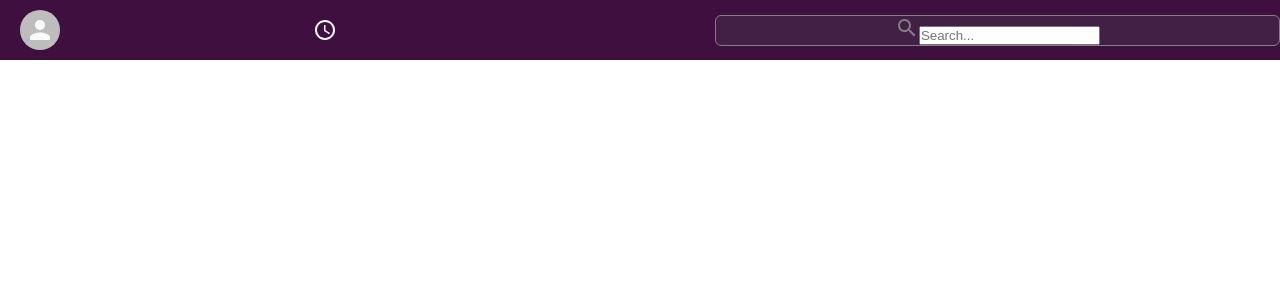
Repository: KrzysKolo/slackClone
Page: /
These files come from the project's save history. The page is drawn as it stood at one moment and after the next save; the edit follows.
The browser window is 1280 px wide. The pictures show the whole page.
The project was rebuilt for these pictures with package versions that can differ from the ones it lists, and the page was loaded fresh each time. Also part of the build but not shown: src/App.css.

Above is the page before, as saved 2021-12-22 17:33:01.

### src/index.css
* {
  margin: 0;
  padding: 0;
  box-sizing: border-box;
}
body {
  --slack-color: #3f0f40;
  overflow: hidden;

  margin: 0;
  font-family: -apple-system, BlinkMacSystemFont, 'Segoe UI', 'Roboto', 'Oxygen',
    'Ubuntu', 'Cantarell', 'Fira Sans', 'Droid Sans', 'Helvetica Neue',
    sans-serif;
  -webkit-font-smoothing: antialiased;
  -moz-osx-font-smoothing: grayscale;
}

code {
  font-family: source-code-pro, Menlo, Monaco, Consolas, 'Courier New',
    monospace;
}

### src/App.js
import './App.css';
import {BrowserRouter as Router, Routes, Route, Link } from 'react-router-dom';
import { About } from './pages'
import { Header } from './components';

function App() {
  return (
    <Router>
      <>
        <Header />
        <Routes>
          <Route path='/' exact element={<About />} />
        </Routes>
      </>
    </Router>
  );
}

export default App;

### src/pages/About/About.js
import React from 'react';
//ICONS
//import SendIcon from '@mui/icons-material/Send';


const about = () => {
  return (
    <section>
      About
    </section>
  )
}

export default about;

### src/components/Header/Header.js
import React from 'react';
import { HeaderContainer, HeaderLeft, HeaderAvatar, HeaderSearch } from './style';
import AccessTimeIcon from '@material-ui/icons/AccessTime';
import SearchIcon from '@material-ui/icons/Search';

const Header = () => {
  return (
    <HeaderContainer>
      {/*  Header Left */}
      <HeaderLeft>
        <HeaderAvatar

         />
         <AccessTimeIcon />
      </HeaderLeft>
      {/*  Header Search */}
      <HeaderSearch>
        <SearchIcon />
        <input placeholder='Search...' />
      </HeaderSearch>
      {/*  Header Right */}
    </HeaderContainer>
  )
}

export default Header;

### src/components/Header/style.js
import styled from 'styled-components';
import { Avatar } from '@material-ui/core';

export const HeaderContainer = styled.header`
  display: flex;
  position: fixed;
  width: 100%;
  align-items: center;
  justify-content: space-between;
  padding: 10px 0;
  background-color: var(--slack-color);
  color: white;
`;
export const HeaderLeft = styled.div`
  flex: 0.3;
  display: flex;
  align-items: center;
  margin-left: 20px;
  > .MuiSvgIcon-root {
    margin-left: auto;
    margin-right: 30px;
  }
`;

export const HeaderAvatar = styled(Avatar)`
  cursor: pointer;

  :hover {
    opacity: 0.8;
  }
`;

export const HeaderSearch = styled.div`
  flex: 0.4;
  opacity: 1;
  border-radius: 6px;
  background-color: #421f44;
  text-align: center;
  padding: 0 50px;
  color: gray;
  border: 1px gray solid;
`;

Loaded but not shown: public/index.html (common file); src/index.js (common file); src/pages/index.js (common file); src/components/index.js (common file); src/pages/About/index.js (common file); src/components/Header/index.js (common file)

After the next save:
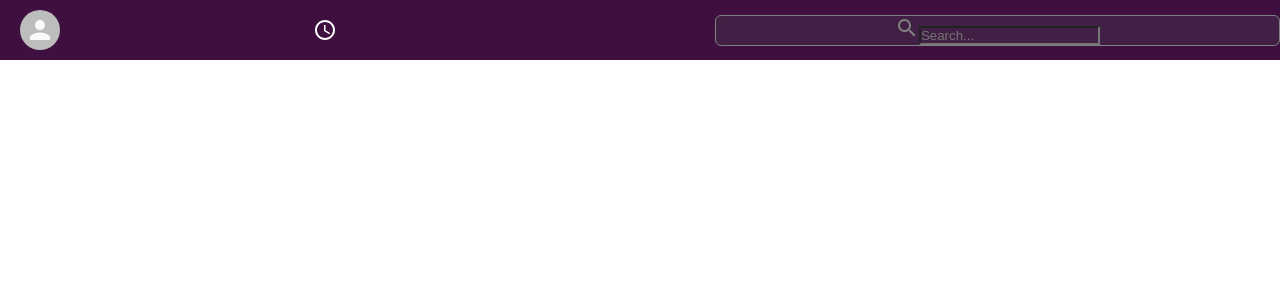
Saved 78 s later.
--- a/src/components/Header/style.js
+++ b/src/components/Header/style.js
@@ -39,4 +39,7 @@ export const HeaderSearch = styled.div`
   padding: 0 50px;
   color: gray;
   border: 1px gray solid;
+  > input {
+    background-color: transparent;
+  }
 `;
